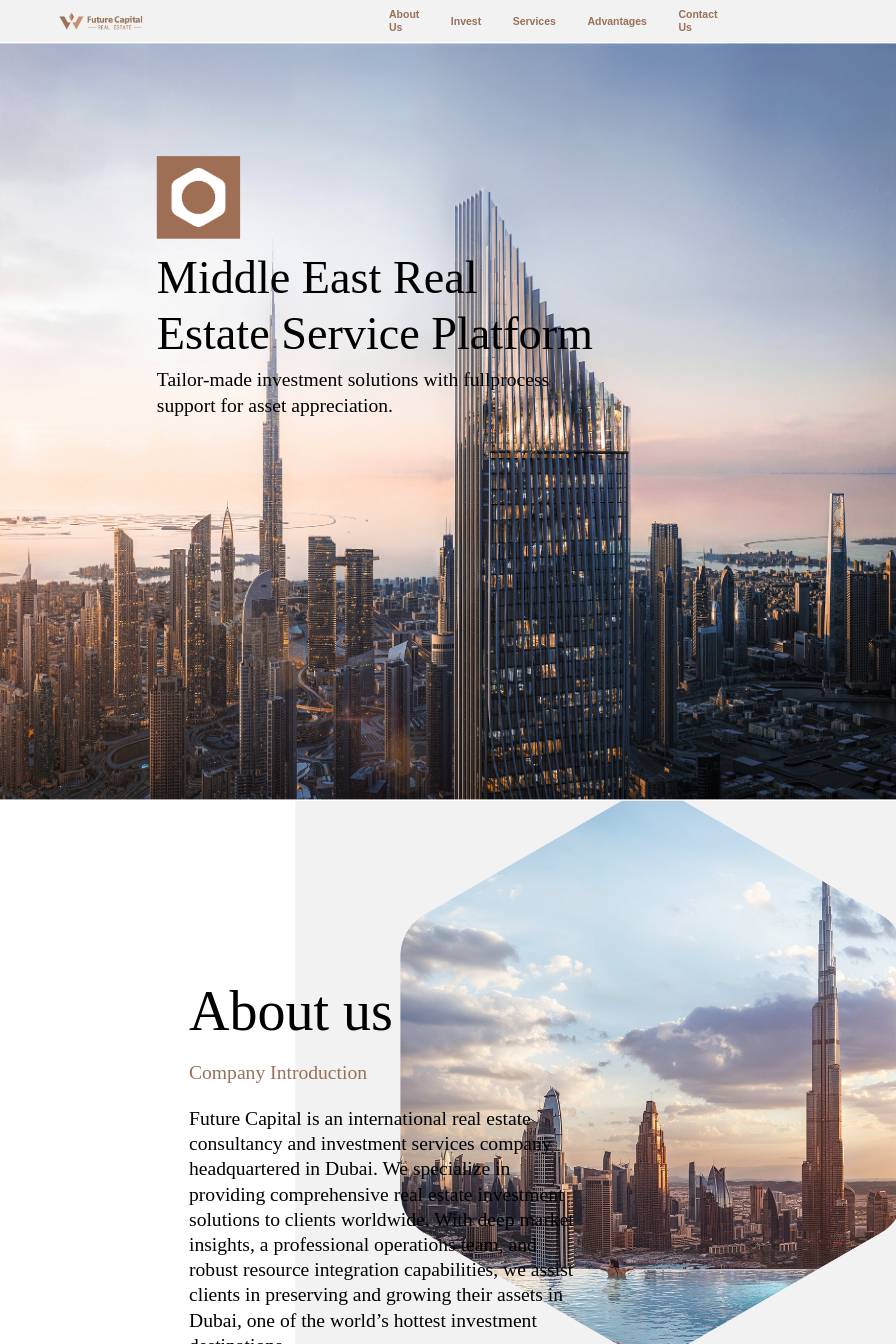
Repository: hcliu987/FutureCapital
Page: /
These files come from the project's save history. The page is drawn as it stood at one moment and after the next save; the edit follows.
The browser window is 1280 px wide. The pictures show the part of the page from y = 0 to 1920 px (the page is 8610 px tall), at 70% of full size.
The project was rebuilt for these pictures with package versions that can differ from the ones it lists, and the page was loaded fresh each time. Also part of the build but not shown: vue.config.js.

Above is the page before, as saved 2025-01-18 14:05:26.

After the next save:
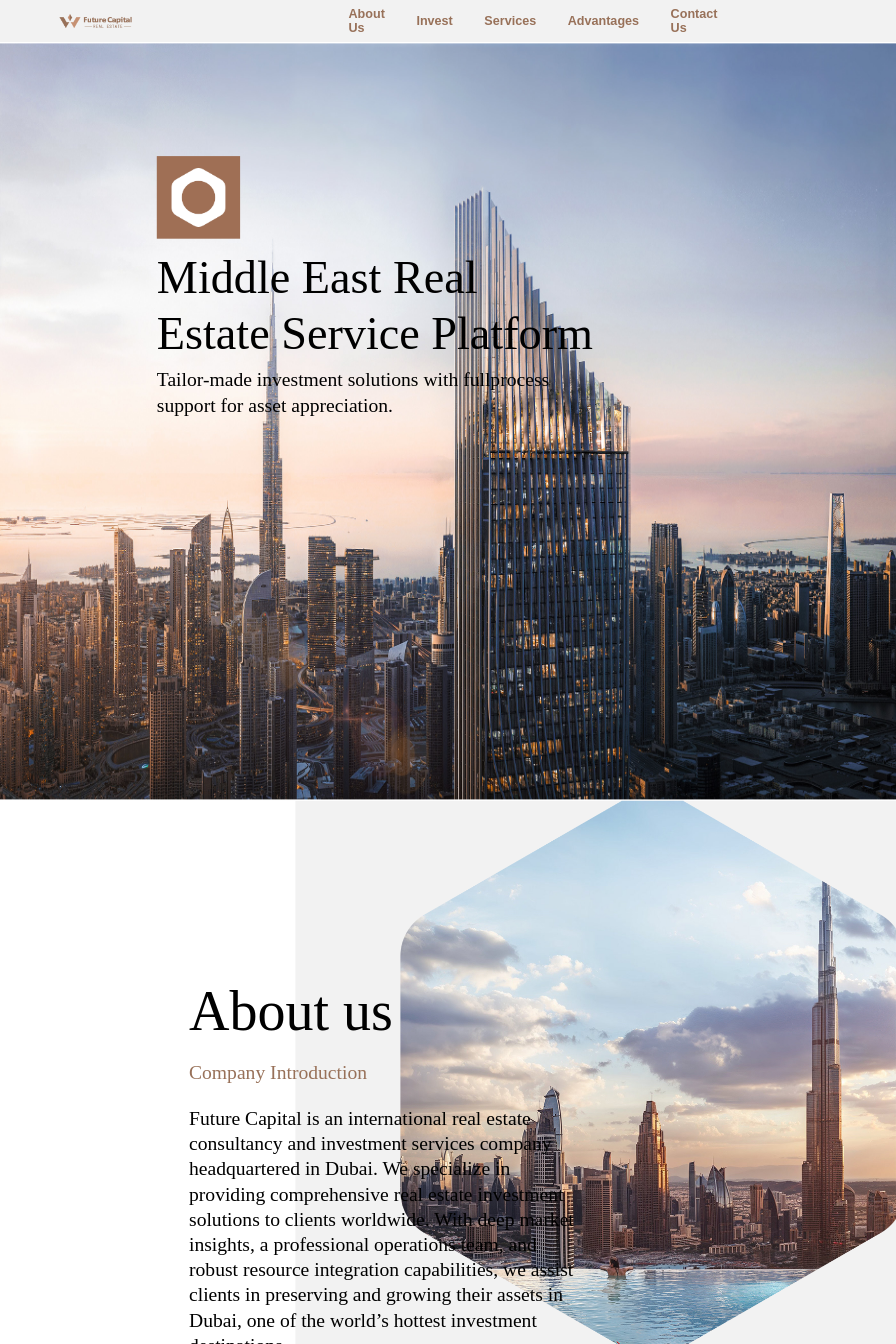
Saved 7 s later.
--- a/src/components/homePage.vue
+++ b/src/components/homePage.vue
@@ -261,7 +261,7 @@
 .nav .right a {
   color: #987159;
   text-decoration: none;
-  font-size: 15px;
+  font-size: 18px;
 }
 .aboutUs {
   width: 100%;
